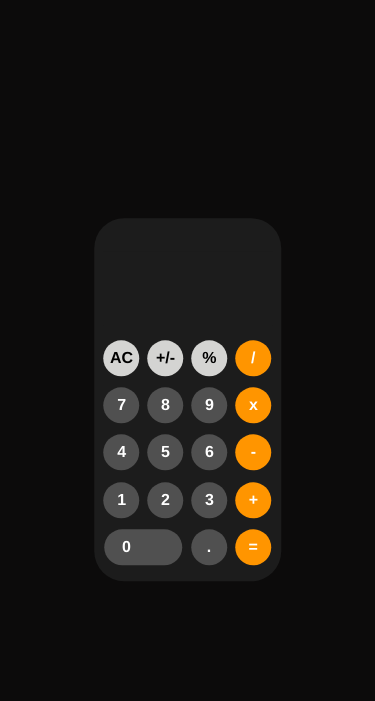
Repository: raulpenate/Calculadora-VUE3
Page: /
An editor plug-in stored every save of this project. The page is shown before and after a run of saves, followed by the edit.
The browser window is 375 px wide. The pictures show the whole page.
The project was rebuilt for these pictures with package versions that can differ from the ones it lists, and the page was loaded fresh each time.

Above is the page before, as saved 2022-03-12 07:51:25.

After the next 2 saves:
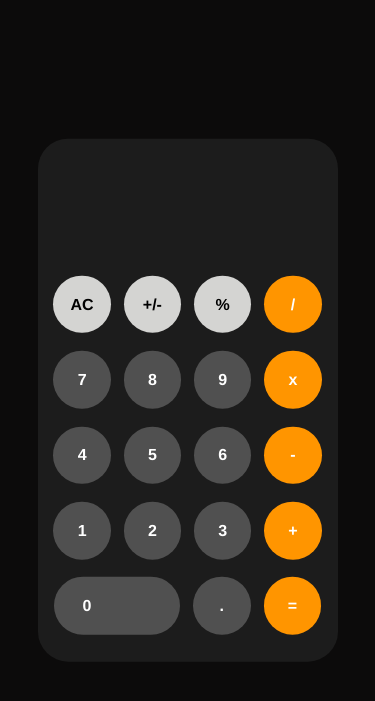
The 2 saves are shown as one change because they came seconds apart.
The last was saved 11 s later.
--- a/src/components/Calculator.vue
+++ b/src/components/Calculator.vue
@@ -237,7 +237,7 @@ input[type="number"]::-webkit-outer-spin-button {
   }
 
   .carcasa{
-      max-width: 1000px;
+      min-width: 300px;
   }
 
   .boton{
